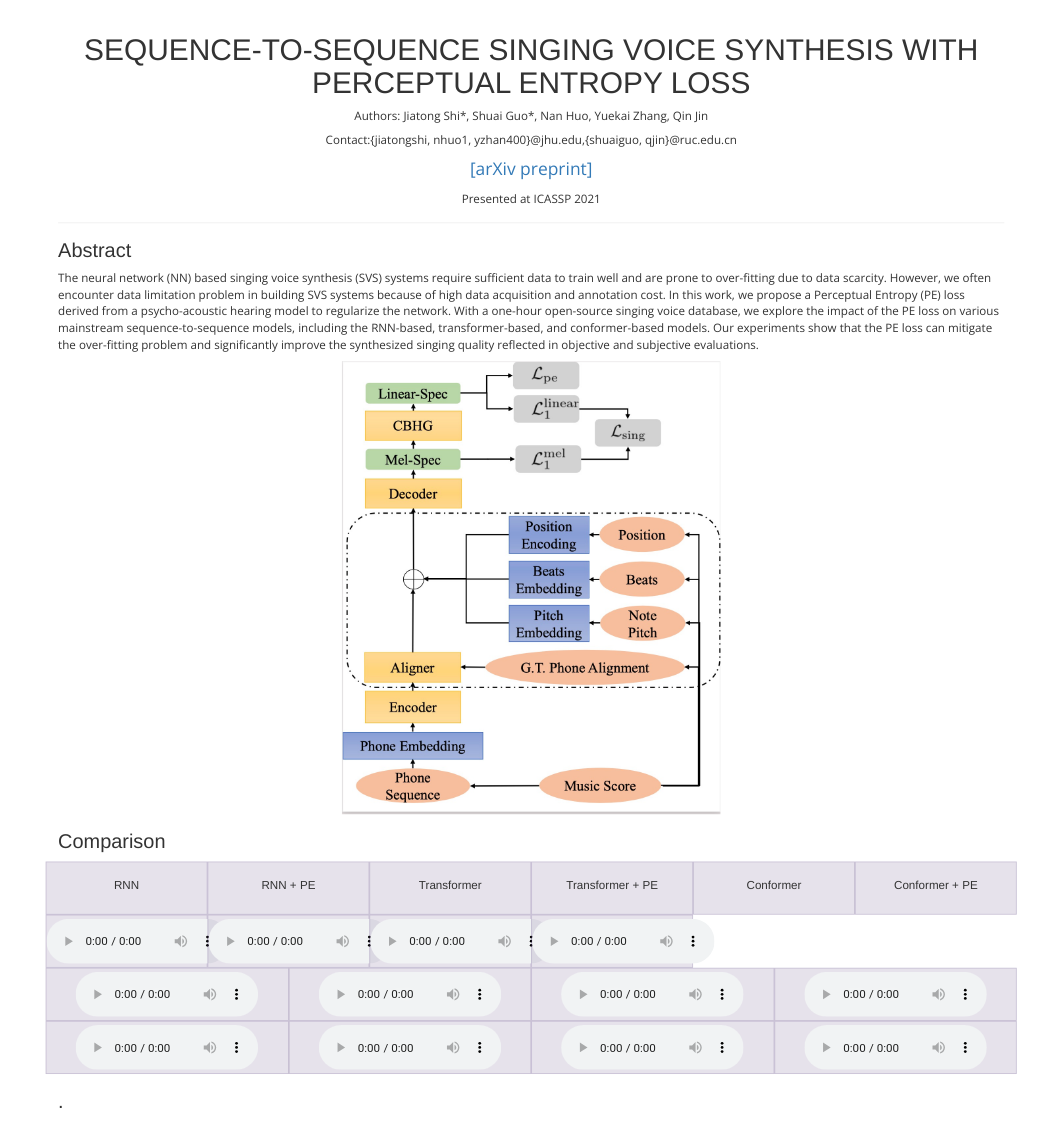
Repository: PeterGuoRuc/SVS_pe.github.io
Page: index.html
An editor plug-in stored every save of this project. The page is shown before and after the next save, followed by the edit.
The browser window is 1280 px wide. The pictures show the whole page, at 83% of full size.

Above is the page before, as saved 2021-06-06 17:03:10.

After the next save:
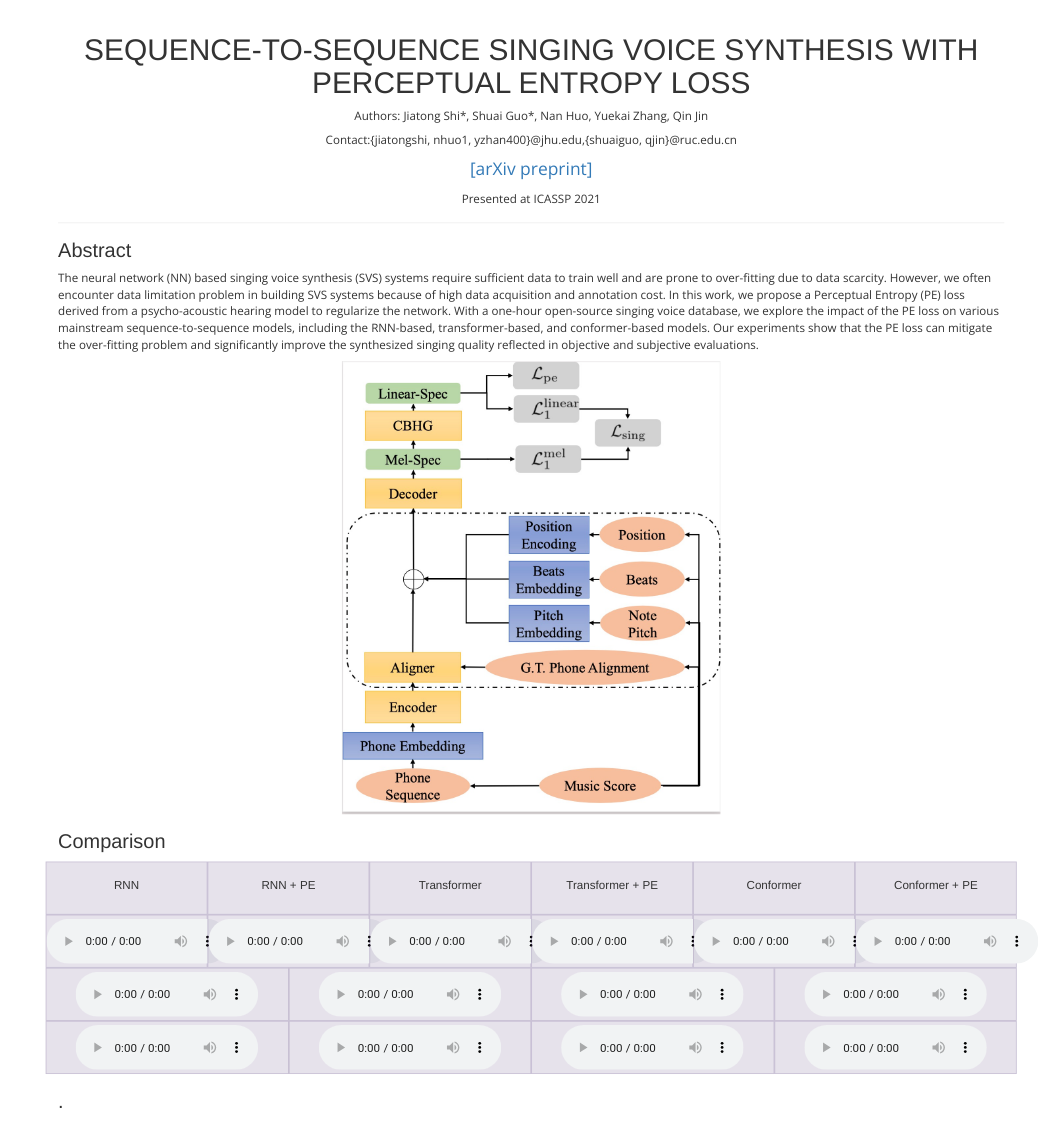
Saved 33 s later.
--- a/index.html
+++ b/index.html
@@ -76,6 +76,8 @@
       <div class="row">
         <div class="col-md-2"><audio src="files/1_Feel_4.mp3" controls></audio></div>
         <div class="col-md-2"><audio src="files/2_Feel_4.mp3" controls></audio></div>
+        <div class="col-md-2"><audio src="files/2_Feel_4.mp3" controls></audio></div>
+        <div class="col-md-2"><audio src="files/2_Feel_4.mp3" controls></audio></div>
         <div class="col-md-2"><audio src="files/3_Feel_4.mp3" controls></audio></div>
         <div class="col-md-2"><audio src="files/4_Feel_4.mp3" controls></audio></div>
       </div>
